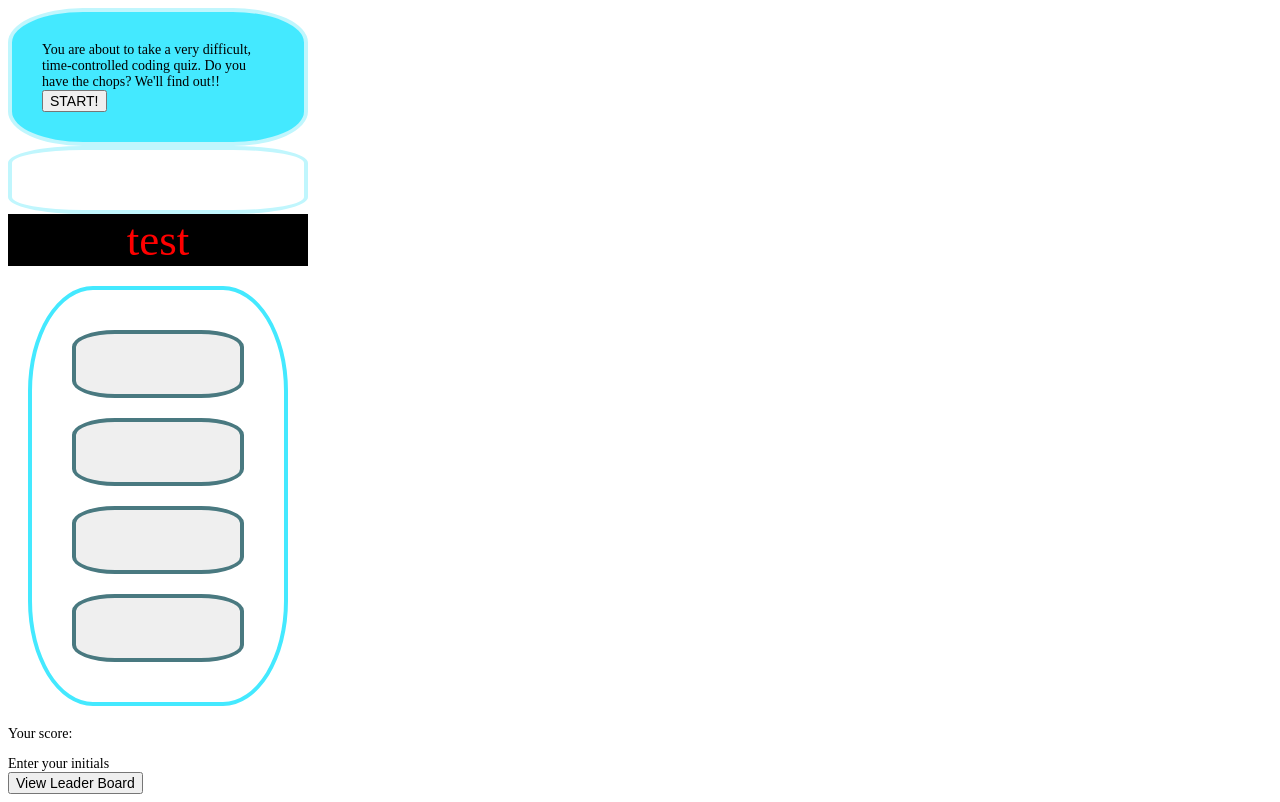
Repository: stuart-rickard/coding-quiz
Page: index.html
An editor plug-in stored every save of this project. The page is shown before and after the next save, followed by the edit.
The browser window is 1280 px wide. The pictures show the whole page.
After loading, the first visible `#starter-button` was clicked once.

Above is the page before, as saved 2021-11-23 03:57:10.

### index.html
<!DOCTYPE html>
<html lang="en">

<head>
  <meta charset="UTF-8">
  <meta name="viewport" content="width=device-width, initial-scale=1.0">
  <meta http-equiv="X-UA-Compatible" content="ie=edge">
  <title>Coding Quiz</title>
  <link rel="stylesheet" href="./assets/css/style.css">
</head>

<body>
  <main>
    <div class="start">
      You are about to take a very difficult, time-controlled coding quiz.  Do you have the chops?  We'll find out!!
      <button id="starter-button">START!</button>
    </div>
    <div class="div-question-answerform">
      <div class="question">

      </div>
      <div id="timer">
        60.0
      </div>
      <form class="answer-form">
        <button class="answer-button" id="#answer-a"></button>
        <button class="answer-button" id="#answer-b"></button>
        <button class="answer-button" id="#answer-c"></button>
        <button class="answer-button" id="#answer-d"></button>
      </form>
    </div>
    <div class="test-done">
      <p>Your score:</p>
    </div>
    <div class="leaderboard-list">

    </div>
    <form>
      Enter your initials
    </form>
    </main>
  <footer>
    <button class="leaderboard-button">View Leader Board</button>
  </footer>

  <script src="./assets/js/script.js"></script>
</body>

</html>

### assets/css/style.css
:root {
  --primary: #44e9ff;
  --secondary: #497980;
  --tertiary: rgb(192, 246, 253);
  --grey: #333;


  --regular-line-width: 4px;

  --border-radius-regular: 25%;
}

* {
    box-sizing: border-box;
    font-size: 14px;
  }

main {
    width: 300px;
}

.start {
    background-color: var(--primary);
    border: var(--regular-line-width) solid var(--tertiary);
    border-radius: var(--border-radius-regular);
    padding: 30px;
}

.div-question-answerform {
    /* display: none; */
}

.question {
    border: var(--regular-line-width) solid var(--tertiary);
    border-radius: var(--border-radius-regular);
    padding: 30px;
}

#timer {
    background-color: black;
    font-style: "Monotron";
    font-size: 45px;
    color: red;
    text-align:center;
}

.answer-form {
    margin: 20px;
    border: var(--regular-line-width) solid var(--primary);
    border-radius: var(--border-radius-regular);
    padding: 30px;
    display: flex;
    flex-direction: column;
}

.answer-button {
    border: var(--regular-line-width) solid var(--secondary);
    border-radius: var(--border-radius-regular);
    padding: 30px;
    margin: 10px;
}

### assets/js/script.js
var startButton = document.getElementById('starter-button');
var timerDisplay = document.getElementById('timer');
const initialTime = 3.0;
var timer = initialTime;

/*
Variable for score
Variables for stopping different processes
*/



var timerCountdown = function(){
    debugger;
    // reduce timer variable by 0.1
    var decreaseTimerVariable = function() {
        timer = timer-0.1;
        console.log(timer);
        if (timer <= 0) {
            clearInterval(timerDecrement);
        }
        timerDisplay.innerHTML = 'test';
    };
    // call reduction of timer variable each one tenth of a second
    var timerDecrement = setInterval(decreaseTimerVariable,100);
};

var quizProcess = function() {
    //Begin clock
    timerCountdown();
    //console.log("click worked");
}






/*
get questions / answers
randomize them
*/


//Listen for start button: start upon click
console.log("click worked here");
startButton.addEventListener("click", quizProcess);


/*
    begin asking questions
	Check the clock frequently and end game when it expires
		End game is just taking the ability to answer away
	Check answers
		If correct, add to score and show green
		If incorrect, reduce time left and show red
    bring up next question .5 seconds
When game ends
	Offer ability to record high score
		Store and retrieve high scores
	Offer "play again?"
*/

After the next save:
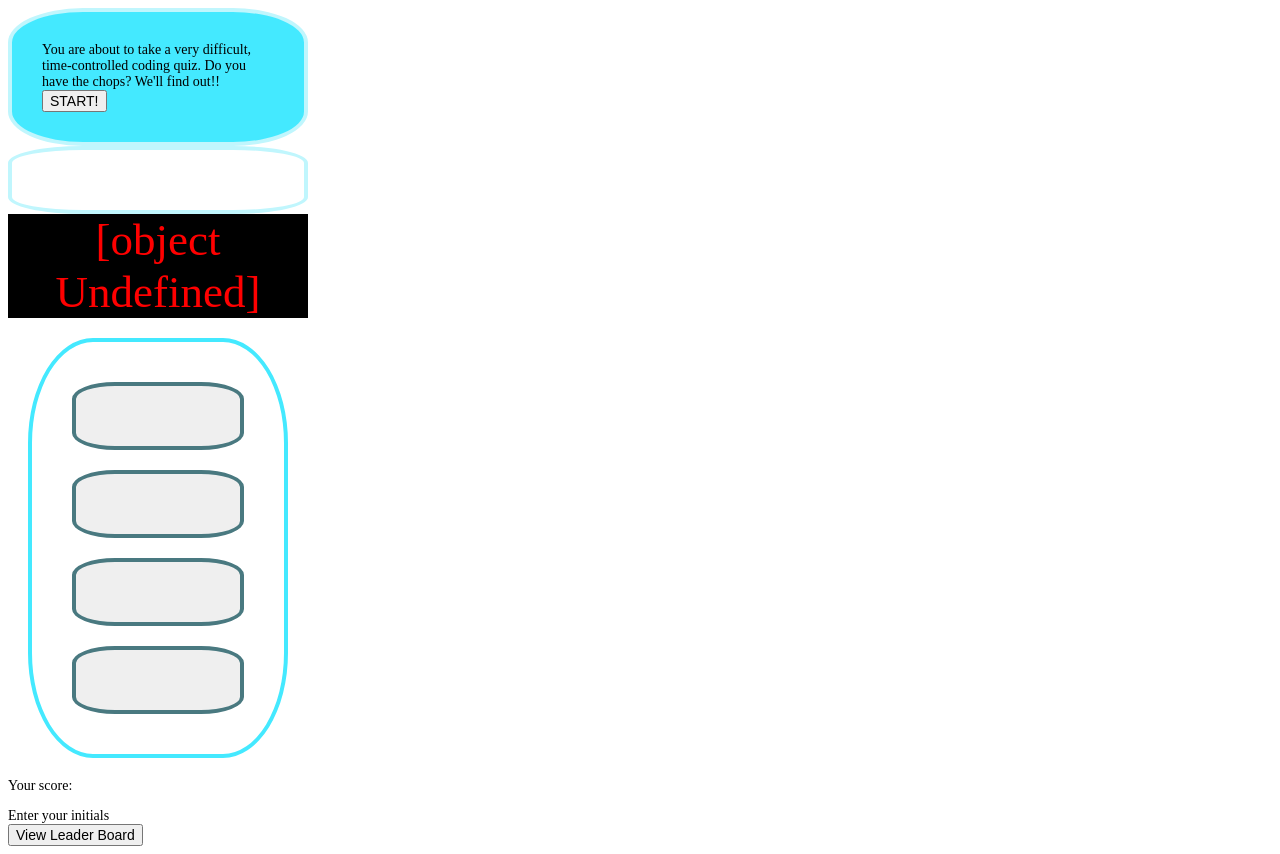
Saved 54 s later.
--- a/assets/js/script.js
+++ b/assets/js/script.js
@@ -19,7 +19,7 @@
         if (timer <= 0) {
             clearInterval(timerDecrement);
         }
-        timerDisplay.innerHTML = 'test';
+        timerDisplay.innerHTML = toString(timer);
     };
     // call reduction of timer variable each one tenth of a second
     var timerDecrement = setInterval(decreaseTimerVariable,100);
